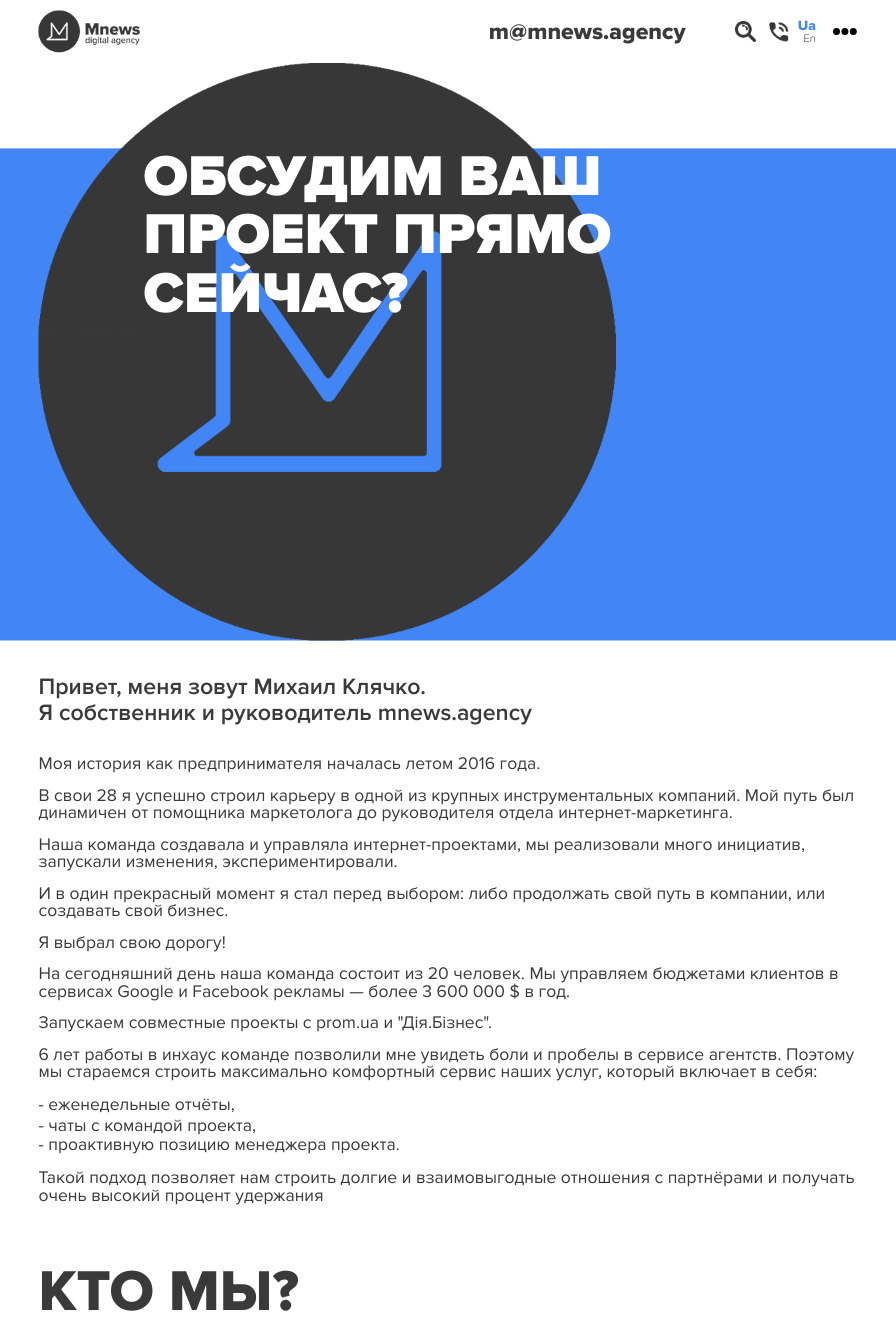
Repository: fanbear/Mnews
Page: request.html
These files come from the project's save history. The page is drawn as it stood at one moment and after the next save; the edit follows.
The browser window is 1280 px wide. The pictures show the part of the page from y = 0 to 1920 px (the page is 10188 px tall), at 70% of full size.
Some web libraries are served in a nearby version.

Above is the page before, as saved 2022-08-11 12:38:46.

After the next save:
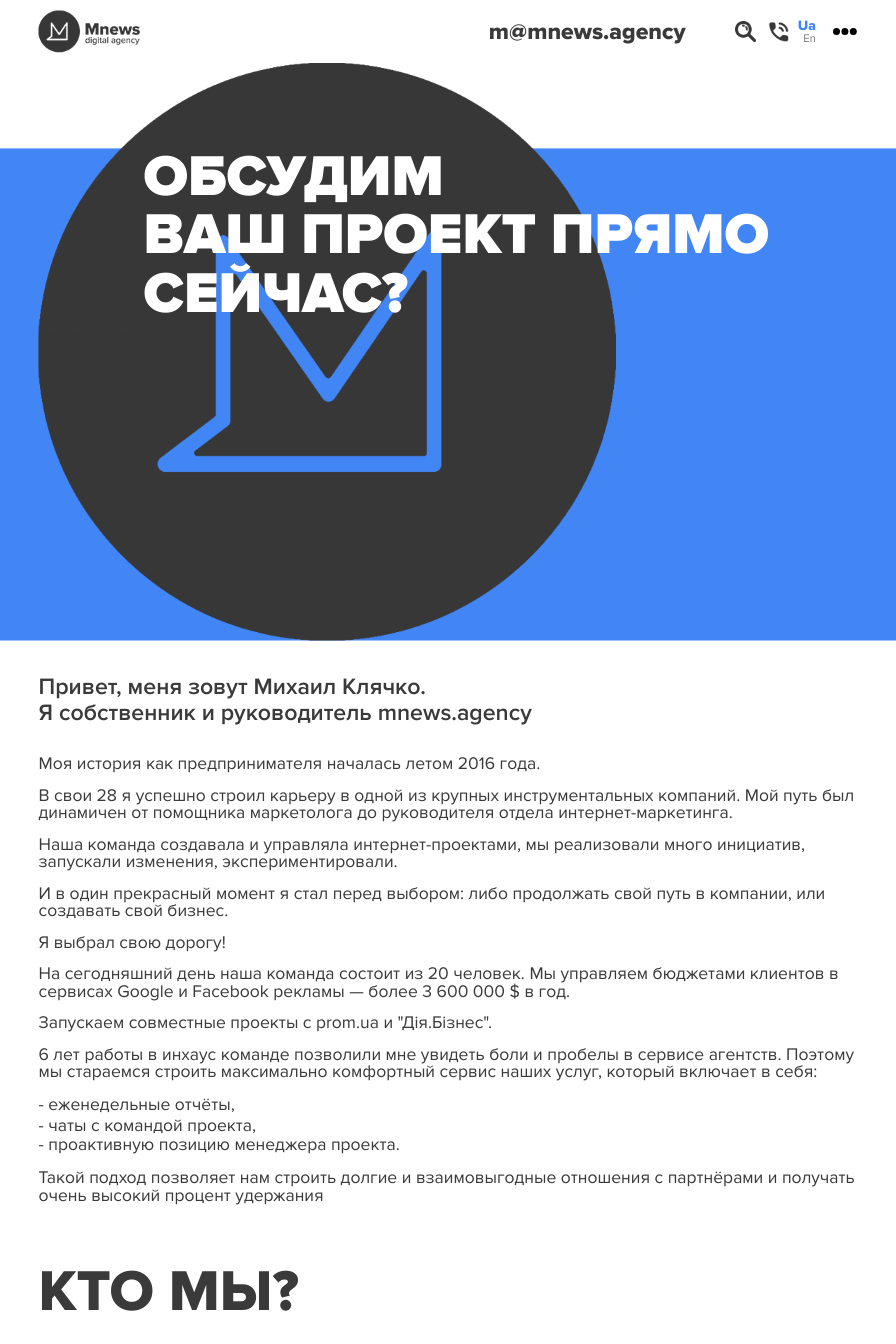
Saved 11 s later.
--- a/request.html
+++ b/request.html
@@ -73,7 +73,7 @@
                             height="825">
                     </div>
                     <div class="request-page__title">
-                        <p>ОБСУДИМ ВАШ ПРОЕКТ ПРЯМО СЕЙЧАС?</p>
+                        <p>ОБСУДИМ <br> ВАШ ПРОЕКТ ПРЯМО СЕЙЧАС?</p>
                         <span>в нескольких словах</span>
                     </div>
                     <div class="col-xl-6"></div>
